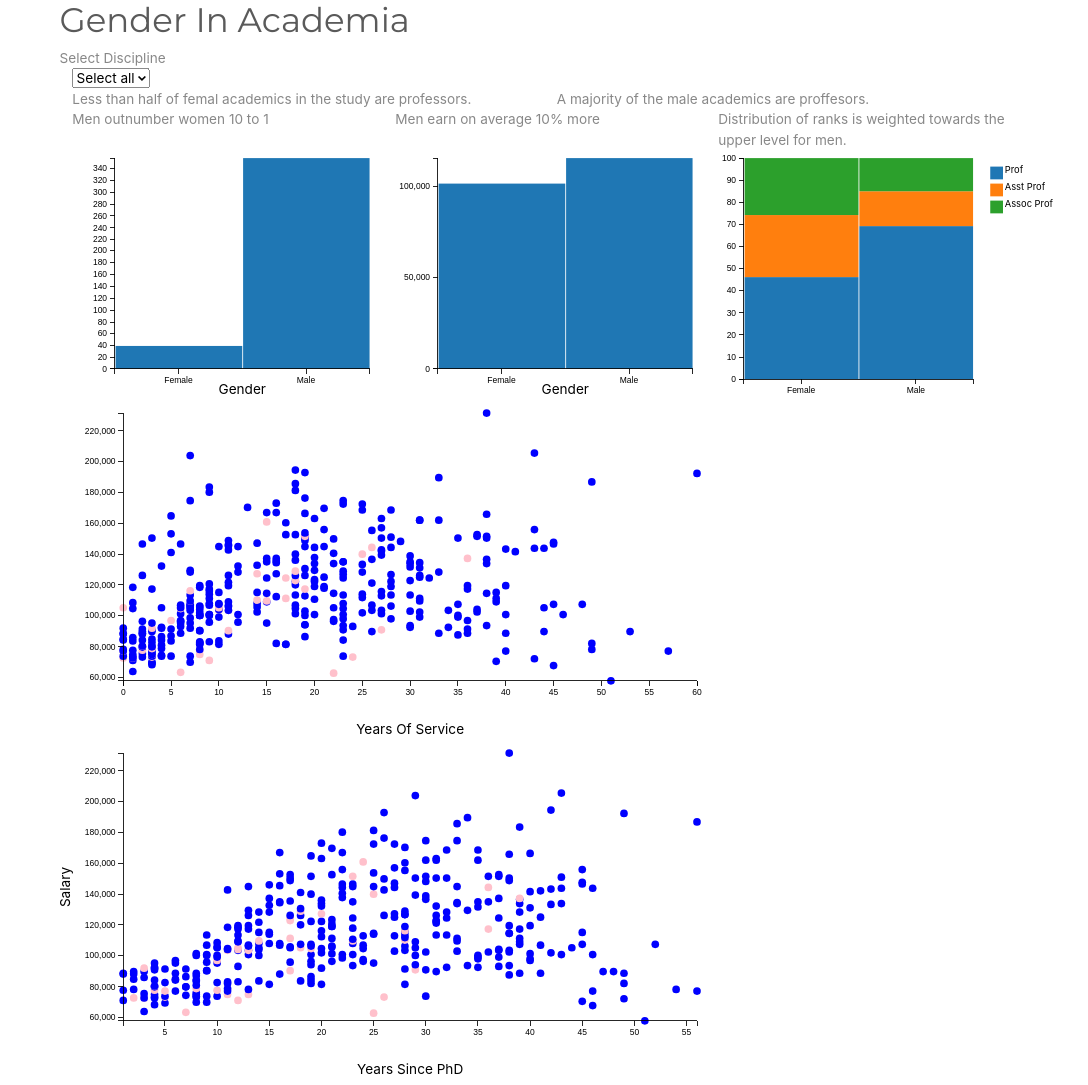
Repository: luke0han/dashboard-project
Page: index.html
The author's editor kept a record of every edit. The page is drawn from the files as they stood at one moment, then again after the next edit.
The browser window is 1280 px wide. The pictures show the whole page, at 85% of full size.

Above is the page before.

After the next edit:
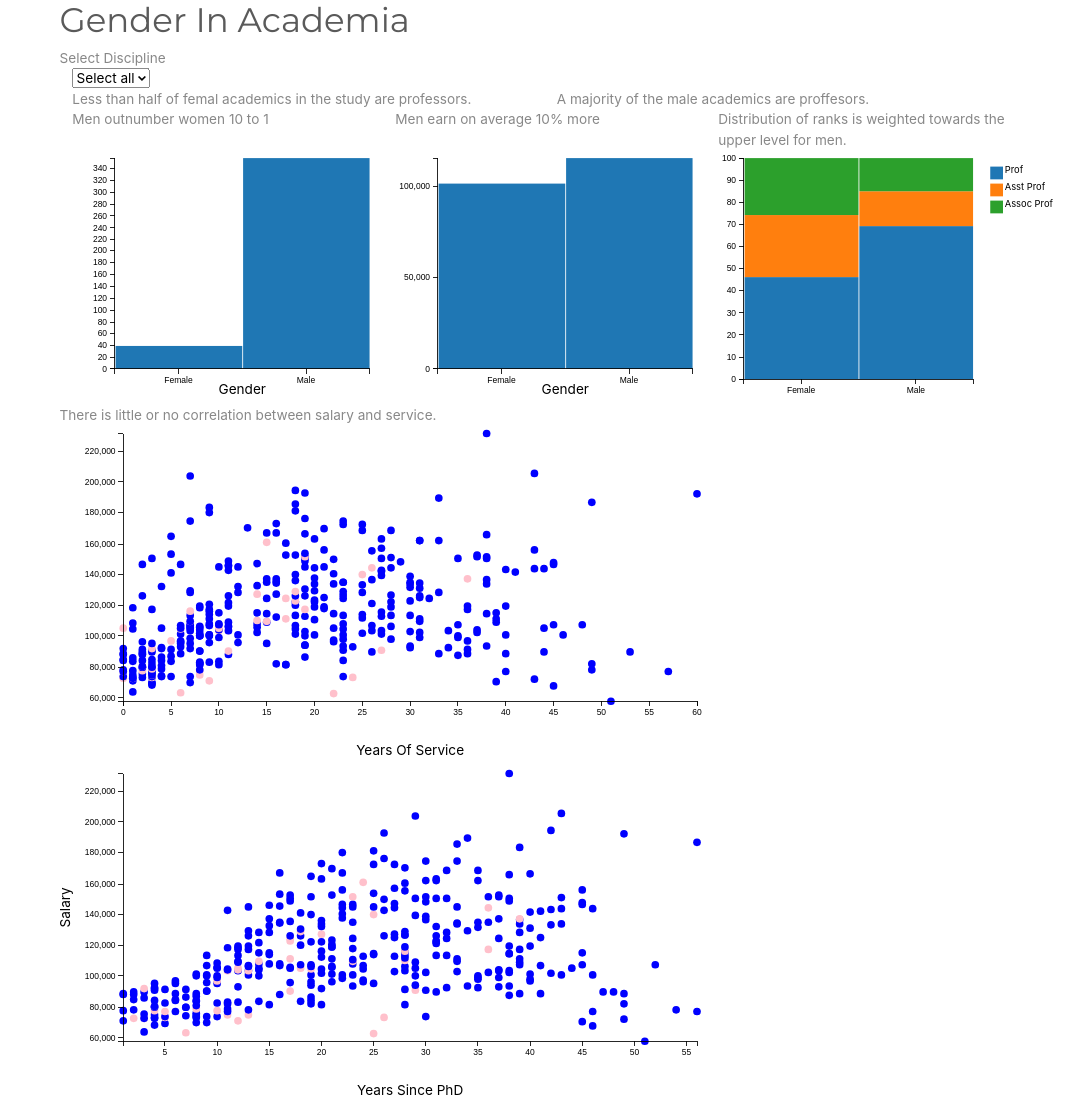
The edit:
--- a/index.html
+++ b/index.html
@@ -56,6 +56,9 @@
         </div>
 
         <div class="row">
+            <div class="col-md-offset-2">There is little or no correlation between salary and service.</div>
+        </div>
+        <div class="row">
             <div class="col-md-offset-2" id="service-salary"></div>
         </div>
 
